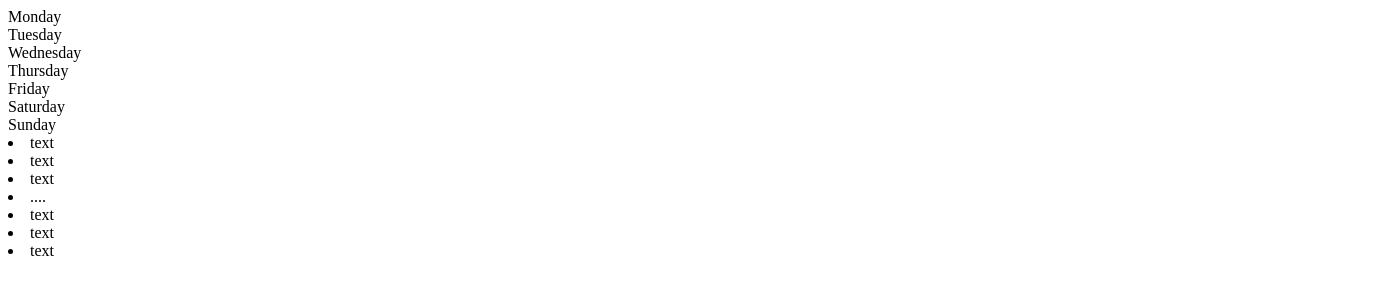
Repository: Hylinuan/OnlineMedicalSystem
Page: Code/OMS/test/test.html
An editor plug-in stored every save of this project. The page is shown before and after the next save, followed by the edit.
The browser window is 1280 px wide. The page is 1280 px wide, then 1374 px, so the pictures cover 1374 px, including what lies to the right of the window. The pictures show the whole page.

Above is the page before, as saved 2023-04-13 01:46:39.
Console error: SyntaxError: Unexpected token '.'

### Code/OMS/test/test.html
<script>
    .container {
    display: flex;
    align-items: center;
    flex-direction: column;
}
.calendar > .nav {
    align-items: center;
}
.calendar > div {
    display: flex;
    justify-content: space-evenly;
}
.calendar > div > div {
    padding: 12px;
}
.calendar > .header > div, .calendar > .body > div {
    flex: 1 0 120px;
    border-right: 1px solid #e6e6e6;
}
.fas:focus {
    outline: none;
    opacity: 1;
}

</script>
<script>
    (function() {
  var mondayRef = 1;
  var sundayRef = 7;

  var prev = document.getElementById('prev');
  var next = document.getElementById('next');
  var dateRange = document.getElementById('date-range');
  var dateViews = document.getElementsByClassName('date');
  var daysOfMonth = document.getElementById('days-of-month');
  var calendarPopover = document.getElementById('calendar-popover');


  function adjustCalendar(monRef, sunRef) {
    var monday = moment().day(monRef);
    var sunday = moment().day(sunRef);

    if (monRef > 0) {
      for (var date = monRef; date <= sunRef; date++) {
        dateViews[(date - 1) % 7].innerHTML = moment().day(date).format('M[/]D');
      }
    } else {
      for (var date = -monRef; date >= -sunRef; date --) {
        dateViews[-(monRef + date)].innerHTML = moment().day(-date).format('M[/]D');
      }
    }

    if (monday.format('YYYY') !== sunday.format('YYYY')) {
      dateRange.innerHTML = `${monday.format('MMMM Do, YYYY')} - ${sunday.format('MMMM Do, YYYY')}`;
    } else {
      dateRange.innerHTML = `${monday.format('MMMM Do')} - ${sunday.format('MMMM Do, YYYY')}`;
    }
  }

  // Init
  adjustCalendar(mondayRef, sundayRef);

  next.onclick = function() {
    mondayRef += 7;
    sundayRef += 7;
    adjustCalendar(mondayRef, sundayRef);
  }

  prev.onclick = function() {
    mondayRef -= 7;
    sundayRef -= 7;
    adjustCalendar(mondayRef, sundayRef);
  }
})();
</script>
<div class="container">
    <div class="calendar">
      <div class="nav">
        <i id="prev" class="fas fa-arrow-left arrow" tabindex="0"></i>
        <div class="calendar-icon-container">
          <h1 id="date-range"></h1>
          <div>
            <div id="calendar-popover" class="calendar-popover hidden">
            </div>
          </div>
        </div>
        <i id="next" class="fas fa-arrow-right arrow" tabindex="0"></i>
      </div>
      <div id="header" class="header">
        <div>
          <div>Monday</div>
          <div class="date"></div>
        </div>
        <div>
          <div>Tuesday</div>
          <div class="date"></div>
        </div>
        <div>
          <div>Wednesday</div>
          <div class="date"></div>
        </div>
        <div>
          <div>Thursday</div>
          <div class="date"></div>
        </div>
        <div>
          <div>Friday</div>
          <div class="date"></div>
        </div>
        <div>
          <div>Saturday</div>
          <div class="date"></div>
        </div>
        <div>
          <div>Sunday</div>
          <div class="date"></div>
        </div>
      </div>
      <div class="body">
        <div>
            <li>text</li>
        </div>
        <div>
            <li>text</li>
        </div>
        <div>
            <li>text</li>
        </div>
        <div>
            <li>....</li>
        </div>
        <div>
            <li>text</li>
        </div>
        <div>
            <li>text</li>
        </div>
        <div>
            <li>text</li>
        </div>
      </div>
    </div>
  </div>

After the next save:
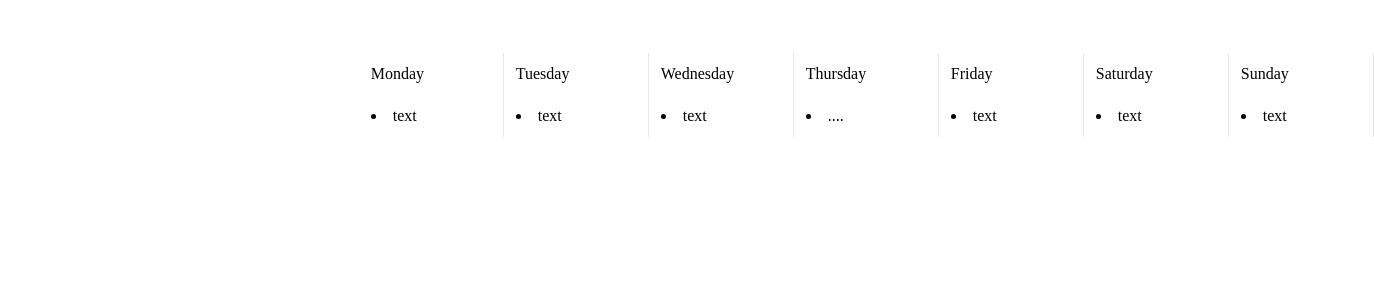
Console error: ReferenceError: moment is not defined
Saved 26 s later.
--- a/Code/OMS/test/test.html
+++ b/Code/OMS/test/test.html
@@ -1,4 +1,4 @@
-<script>
+<style>
     .container {
     display: flex;
     align-items: center;
@@ -23,7 +23,7 @@
     opacity: 1;
 }
 
-</script>
+    </style>
 <script>
     (function() {
   var mondayRef = 1;
